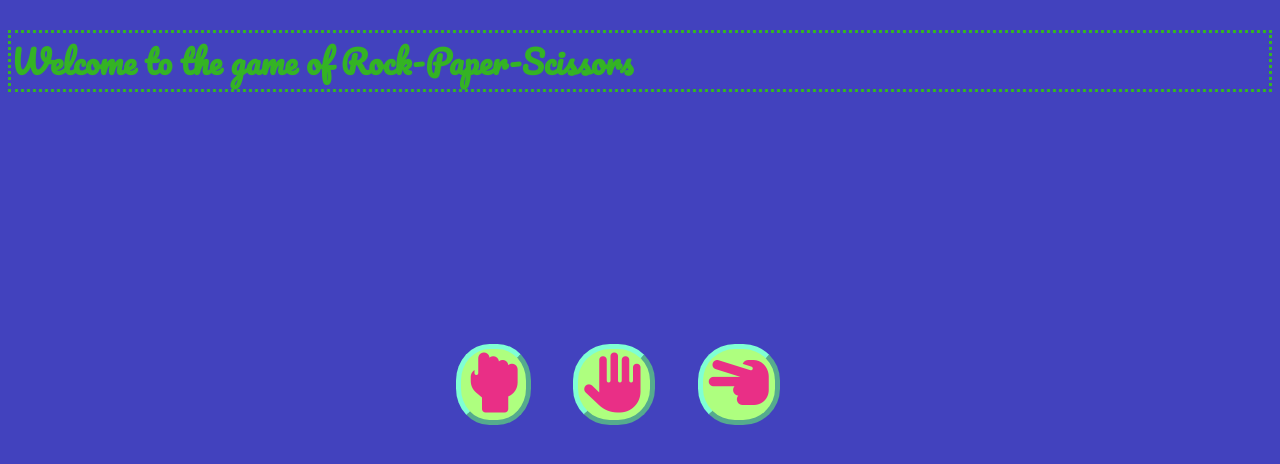
Repository: 0101chaitanya/Rock-Paper-Scissors
Page: index.html
An editor plug-in stored every save of this project. The page is shown before and after the next save, followed by the edit.
The browser window is 1280 px wide. The pictures show the whole page.
Some web libraries are served in a nearby version.

Above is the page before, as saved 2021-05-14 17:18:01.
Not found: linkk.js

After the next save:
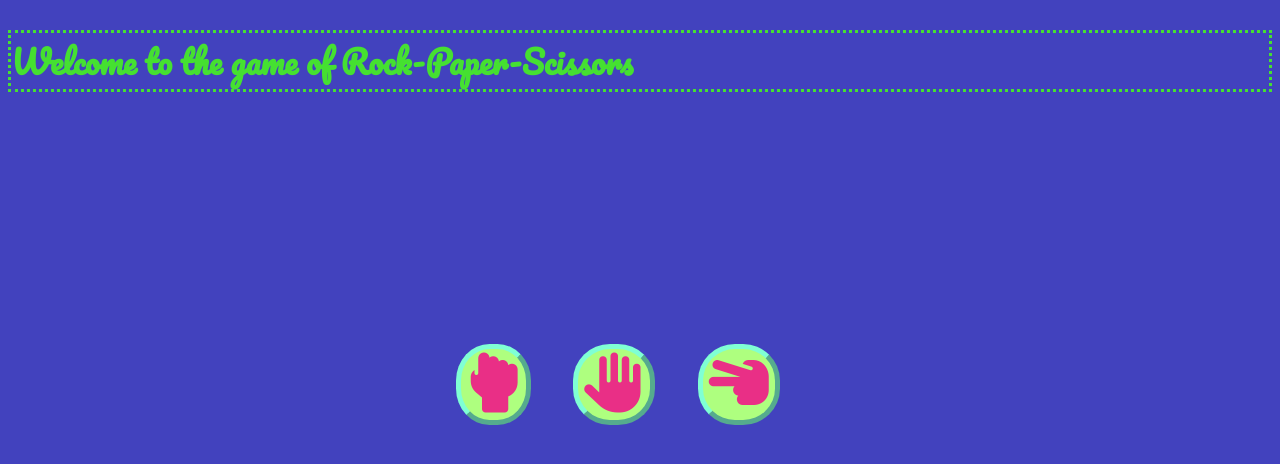
Saved 10 s later.
--- a/style.css
+++ b/style.css
@@ -6,7 +6,7 @@
    h1  {
      margin : 30px auto 0px;
      border-style:dotted;
-     color:rgb(52, 179, 36) ;
+     color:rgb(69, 224, 49) ;
     }
 .square{
     background-color: rgb(174, 255, 127);

After the 3 saves that followed:
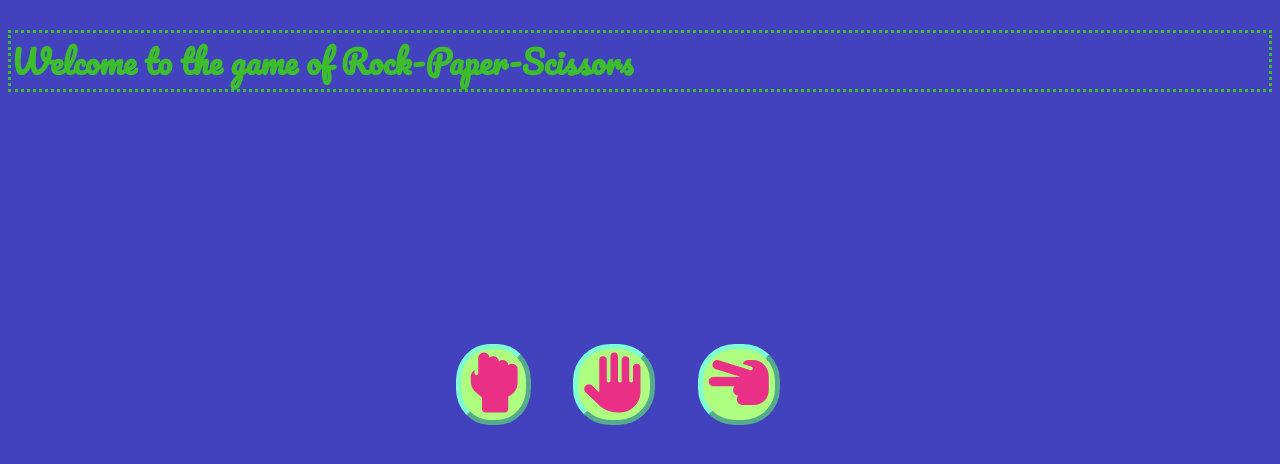
The 3 saves are shown as one change because they came seconds apart.
The last was saved 10 s later.
--- a/style.css
+++ b/style.css
@@ -6,7 +6,7 @@
    h1  {
      margin : 30px auto 0px;
      border-style:dotted;
-     color:rgb(69, 224, 49) ;
+     color:rgb(61, 189, 44) ;
     }
 .square{
     background-color: rgb(174, 255, 127);
